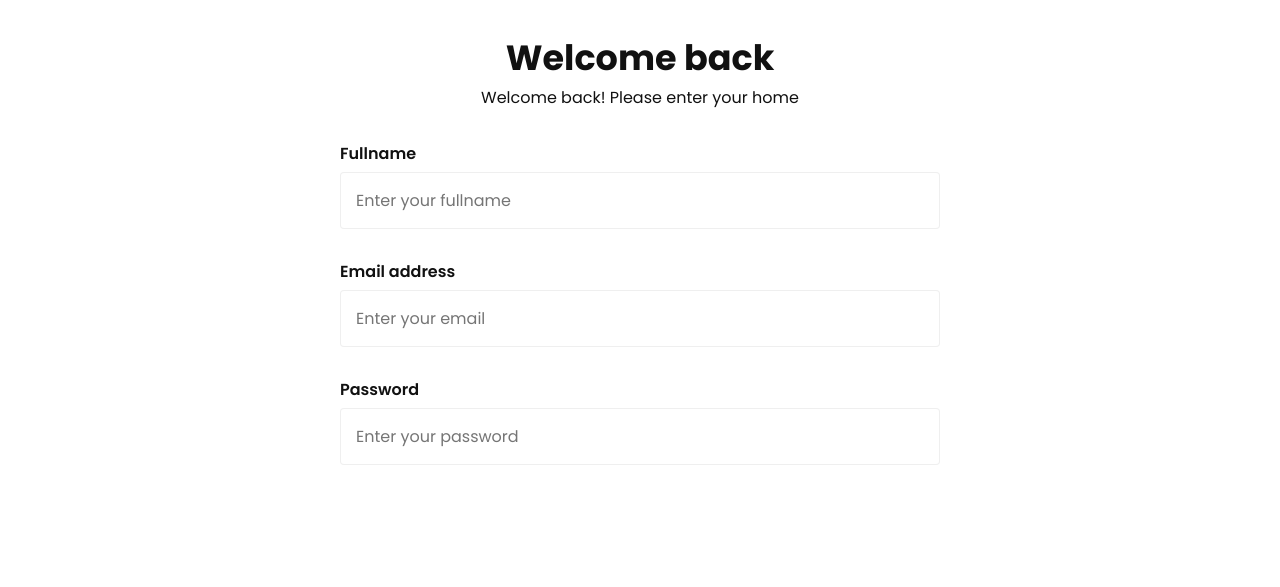
Repository: hoang0508/ReactJs-Fruits
Page: /sign-up
These files come from the project's save history. The page is drawn as it stood at one moment and after the next save; the edit follows.
The browser window is 1280 px wide. The pictures show the whole page.
The project was rebuilt for these pictures with package versions that can differ from the ones it lists, and the page was loaded fresh each time. Also part of the build but not shown: src/Pages/NotFoundPage.js, src/hooks/useHookAPI.js, src/hooks/useLocalStrorage.js, src/components/context/Auth-Context.js, src/components/Media/Social.scss, src/components/Media/Social.js, src/components/Footer/Footercoppy.js, src/components/Footer/Footer.js and 33 more.

Above is the page before, as saved 2022-05-12 10:11:42.

### src/Pages/SignUpPage.js
import { Field } from "components/Field";
import { Input } from "components/Input";
import { Label } from "components/label";
import React from "react";
import styled from "styled-components";

const SignUpPageStyles = styled.div`
  min-height: 100vh;
  padding: 40px 0;
  .signup-content {
    text-align: center;
    margin-bottom: 40px;
  }
  .signup-heading {
    font-size: 35px;
    margin-bottom: 15px;
  }
  .form {
    max-width: 600px;
    margin: 0 auto;
  }
`;

const SignUpPage = () => {
  return (
    <SignUpPageStyles>
      <div className="signup-content">
        <h3 className="signup-heading">Welcome back</h3>
        <span className="signup-desc">
          Welcome back! Please enter your home
        </span>
      </div>
      <form className="form">
        <Field>
          <Label htmlFor="name">Fullname</Label>
          <Input
            name="fullname"
            type="text"
            placeholder="Enter your fullname"
          />
        </Field>
        <Field>
          <Label htmlFor="email">Email address</Label>
          <Input name="email" type="text" placeholder="Enter your email" />
        </Field>
        <Field>
          <Label htmlFor="password">Password</Label>
          <Input
            name="password"
            type="text"
            placeholder="Enter your password"
          />
        </Field>
      </form>
    </SignUpPageStyles>
  );
};

export default SignUpPage;

### src/components/Footer/Footer.scss
@import "../../index.scss";
.footer {
  background-color: $bg-footer;
  padding: 80px 0;
  &-list {
    display: grid;
    grid-template-columns: repeat(4, 1fr);
    grid-gap: 0 40px;
  }
  &-logo {
    span {
      color: $primary-color;
      font-size: 45px;
      font-weight: 700;
      display: inline-block;
      margin-bottom: 20px;
    }
    &--desc {
      line-height: 1.6;
      color: $text-color--tx;
      margin-bottom: 20px;
    }
  }
  &-title {
    margin-bottom: 25px;
    color: $text-color--tx;
    font-size: 20px;
  }
  &-item--instagram {
    display: grid;
    grid-template-columns: repeat(3, 1fr);
    grid-gap: 6px;
  }
  &-images--ig {
    height: 65px;
    position: relative;
    overflow: hidden;
    &:hover .footer-images--icon {
      opacity: 1;
      visibility: visible;
      overflow: hidden;
    }
    &:hover img {
      transform: scale(1.1);
    }
    img {
      width: 100%;
      height: 100%;
      object-fit: cover;
      border-radius: 5px;
      transition: all 0.25s linear;
    }
  }
  &-images--icon {
    width: 100%;
    height: 100%;
    background-color: rgba(243, 85, 32, 0.527);
    color: #fff;
    border-radius: 5px;
    display: flex;
    align-items: center;
    justify-content: center;
    font-size: 20px;
    position: absolute;
    top: 50%;
    left: 50%;
    transform: translate(-50%, -50%);
    cursor: pointer;
    opacity: 0;
    visibility: hidden;
    transition: all 0.2s ease;
  }
  &-link {
    display: inline-block;
    padding-bottom: 20px;
    color: $text-color--tx;
  }
  &-info {
    &--item {
      display: flex;
      align-items: center;
      gap: 0 20px;
      margin-bottom: 30px;
    }
    &--icon {
      color: $primary-color;
      font-size: 25px;
    }
    &--name {
      margin-bottom: 10px;
      color: $text-color--tx;
    }
  }
  &-coppy {
    padding: 30px 0;
    background-color: #021a32;
    color: #fff;
    .container {
      display: flex;
      align-items: center;
      justify-content: space-between;
    }
    &--license {
      font-size: 14px;
      span {
        color: $primary-color;
        font-size: 16px;
      }
    }
    &--help {
      display: flex;
      align-items: center;
      gap: 0 20px;
    }
  }
}

### src/components/Topdown/Topdown.scss
@import "../../index.scss";
.down {
  background-color: $text-color--tx;
  color: #fff;
  width: 50px;
  height: 50px;
  border-radius: 100rem;
  display: flex;
  align-items: center;
  justify-content: center;
  position: fixed;
  z-index: 10;
  bottom: -100px;
  right: 20px;
  transition: all 0.5s linear;
  &.active-down {
    opacity: 1;
    visibility: visible;
    bottom: 20px;
  }
}

### src/Pages/Cartpage/Cartpage.scss
@import "../../index.scss";
.cart {
  &-banner {
    min-height: 400px;
    position: relative;
    z-index: 0;
  }
  &-main {
    padding: 40px 0;
  }
  &-table {
    border-collapse: collapse;
    width: 100%;
  }
  &-table td,
  &-table th {
    padding-top: 10px;
    padding-bottom: 20px;
  }
  &-table th {
    padding: 15px;
    text-align: center;
    background-color: $primary-color;
    color: white;
  }
  &-images {
    width: 150px;
    height: 150px;
    img {
      width: 100%;
      height: 100%;
      object-fit: cover;
    }
  }
  &-item {
    margin-bottom: 10px;
    border-bottom: 1px solid $border-color;
    text-align: center;
  }
  &-total {
    max-width: 150px;
    width: 100%;
    padding: 10px 12px;
    margin-top: 20px;
    margin-left: auto;
    display: flex;
    /* justify-content: flex-end; */
    justify-content: center;
    gap: 0 10px;
    background-color: #f35320;
    color: #fff;
  }
  &-count {
    display: flex;
    align-items: center;
    justify-content: center;
  }
  &-remove {
    display: inline-flex;
    align-items: center;
    justify-content: center;
  }
}

### src/components/Header/Header.scss
@import "../../index.scss";
.header {
  &-contact {
    border-bottom: 1px solid #eee;
    .container {
      display: flex;
      justify-content: space-between;
      align-items: center;
      padding: 20px 0;
    }
  }
  &-info {
    display: flex;
    align-items: center;
    gap: 0 25px;
    &--add {
      display: flex;
      align-items: center;
      gap: 0 10px;
    }
    &--gmail {
      display: flex;
      align-items: center;
      gap: 0 10px;
    }
    &--icon {
      color: $primary-color;
    }
  }
  &-social {
    display: flex;
    align-items: center;
    gap: 0 15px;
    span {
      border: 1px solid #f3f3f3;
      width: 35px;
      height: 35px;
      border-radius: 100rem;
      display: flex;
      align-items: center;
      justify-content: center;
      transition: all 0.25s linear;
      &:hover {
        background-color: $primary-color;
        color: #fff;
        transform: translateY(-5px);
        cursor: pointer;
      }
    }
  }
  &-nav {
    padding: 20px 0;
    .container {
      display: flex;
      justify-content: space-between;
      align-items: center;
    }
  }
  &-menu {
    display: flex;
    align-items: center;
    gap: 0 30px;
    &--list {
      display: flex;
      align-items: center;
      gap: 0 30px;
    }
    &--link {
      color: $text-color--tx;
      font-weight: 500;
    }
  }
  &-cart {
    position: relative;
    &--icon {
      color: $text-color--tx;
      font-size: 28px;
    }
    &--number {
      position: absolute;
      top: -20%;
      right: -25%;
      background-color: $primary-color;
      color: #fff;
      width: 15px;
      height: 15px;
      border-radius: 100rem;
      font-size: 14px;
      display: flex;
      align-items: center;
      justify-content: center;
    }
  }
}

.is-fixed {
  position: fixed;
  top: 0;
  left: 0;
  width: 100%;
  z-index: 10;
  background-color: #fff;
  box-shadow: 0 2px 28px 0 rgba(0, 0, 0, 0.09);
  animation: fadeInDown 0.5s linear forwards;
}

@keyframes fadeInDown {
  0% {
    opacity: 0;
    transform: translateY(-20px);
  }
  100% {
    opacity: 1;
    transform: translateY(0);
  }
}

### src/components/Count/Count.scss
@import "../../index.scss";
.count {
  width: 180px;
  display: flex;
  align-items: center;
  justify-content: center;
  background-color: $bgr-color;
  border-radius: 5px;
  padding: 10px;
  cursor: pointer;
  &-value {
    width: 100px;
    text-align: center;
    background: inherit;
    font-size: 18px;
  }
}

### src/components/Product/Productdetails.scss
@import "../../index.scss";
.productD {
  &--list {
    display: flex;
    justify-content: space-between;
    gap: 0 50px;
  }
  &--left {
    width: 50%;
  }
  &--right {
    width: 60%;
  }
  &--thumb {
    margin-top: 20px;
    display: flex;
    align-items: center;
    gap: 0 10px;
  }
  &--imgThumb {
    height: 80px;
    border: 1px solid $border-color;
    border-radius: 5px;
    padding: 5px;
    cursor: pointer;
    img {
      width: 100%;
      height: 100%;
      object-fit: cover;
    }
  }
  &--title {
    font-size: 25px;
    font-weight: 700;
    color: $text-color--tx;
    margin-bottom: 15px;
  }
  &--price {
    display: flex;
    align-items: center;
    gap: 0 5px;
    margin-bottom: 10px;
  }
  &--priceNew {
    color: $text-color--tx;
  }
  &--priceOld {
    text-decoration: line-through;
  }
  &--vote {
    display: flex;
    align-items: center;
    gap: 0 10px;
    margin-bottom: 20px;
  }
  &--star {
    display: flex;
    align-items: center;
    gap: 0 2px;
    color: $primary-color;
  }
  &--desc {
    color: $text-color--tx;
    line-height: 1.5;
    margin-bottom: 15px;
  }
  &--cart {
    display: flex;
    align-items: center;
    gap: 0 40px;
    margin-bottom: 30px;
  }
  &-btn {
    padding: 15px;
    background-color: $bgr-color;
    margin-top: 20px;
    width: 100%;
    cursor: pointer;
    transition: all 0.25s linear;
    border-radius: 5px;
    &:hover {
      background-color: $primary-color;
      color: #fff;
    }
  }
  &-social {
    margin-top: 25px;
    display: flex;
    align-items: center;
    gap: 0 15px;
  }
}

.active-image {
  border-color: $primary-color;
  border-width: 2px;
}

### src/Pages/Detailpage/Info.scss
@import "../../index.scss";
.info {
  padding: 20px 0 40px;
  &-tab {
    display: flex;
    align-items: center;
    gap: 0 15px;
    margin-bottom: 10px;
    cursor: pointer;
    &--title {
      border: 1px solid $border-color;
      padding: 15px 30px;
    }
  }
  &-content {
    max-width: 800px;
    padding: 20px;
    border: 1px solid $border-color;
    &--desc {
      display: none;
    }
    &--review {
      display: none;
    }
  }
  &__heading {
    display: inline-block;
    padding-right: 20px;
    font-size: 23px;
    font-weight: 700;
    color: $text-color--tx;
    margin-bottom: 20px;
    position: relative;
    &::before {
      content: "";
      position: absolute;
      width: 50px;
      height: 3px;
      background-color: $primary-color;
      left: 100%;
      top: 50%;
    }
  }
  &-customer {
    &__item {
      margin-bottom: 25px;
    }
    &__people {
      display: flex;
      align-items: center;
      gap: 0 20px;
      margin-bottom: 15px;
    }
    &__image {
      width: 50px;
      height: 50px;
      img {
        width: 100%;
        height: 100%;
        object-fit: cover;
        border-radius: 100rem;
      }
    }
    &__name {
      color: $text-color--tx;
      font-size: 18px;
    }
    &__date {
      color: $secondary-color;
      margin-bottom: 10px;
    }
    &__desc {
      color: $text-color--tx;
      line-height: 1.5;
      margin-bottom: 15px;
    }
    &__star {
      color: $secondary-color;
      display: flex;
      align-items: center;
    }
  }
}

.active-tabs {
  background-color: $primary-color;
  color: #fff;
  transition: all 0.25s linear;
}

.active-content {
  display: block;
}

.write {
  &-form {
    &--group {
      display: flex;
      align-items: center;
      gap: 0 30px;
      margin-bottom: 20px;
    }
    &--input,
    &--textarea {
      border: 1px solid $border-color;
      padding: 12px;
      border-radius: 5px;
      width: 100%;
      transition: all 0.25s ease;
      &:focus {
        border-color: $primary-color;
      }
    }
  }
}

### src/components/Banner/Banner.scss
@import "../../index.scss";
.banner {
  min-height: 100vh;
  padding: 0 0 40px;
  padding: 150px;
  &-heading {
    color: $primary-color;
    margin-bottom: 20px;
    font-size: 20px;
  }
  &-title {
    max-width: 600px;
    width: 100%;
    color: #fff;
    font-weight: 700;
    font-size: 70px;
    line-height: 1.2;
    margin-bottom: 25px;
  }
  &-desc {
    max-width: 700px;
    width: 100%;
    color: #fff;
    line-height: 1.6;
    margin-bottom: 30px;
  }
  &-btn {
    display: flex;
    align-items: center;
    gap: 0 25px;
  }
  &-fruits {
    padding: 60px 0;
    margin-bottom: 100px;
    position: relative;
    &--images {
      img {
        height: 100%;
        object-fit: cover;
        margin: 0 auto;
        text-align: center;
      }
    }
    &--shape {
      .shape1 {
        position: absolute;
        top: 20px;
        left: 20px;
        height: 300px;
        animation: shapeTop 3s linear infinite;
        img {
          width: 100%;
          height: 100%;
          object-fit: cover;
        }
      }
      .shape3 {
        position: absolute;
        top: 20px;
        right: 20px;
        height: 150px;
        animation: shapeTop 3s linear infinite;
        img {
          width: 100%;
          height: 100%;
          object-fit: cover;
        }
      }
      .shape2 {
        position: absolute;
        bottom: 20px;
        left: 20px;
        height: 100px;
        animation: shapeBottom 3s linear infinite;

        img {
          width: 100%;
          height: 100%;
          object-fit: cover;
        }
      }
      .shape4 {
        position: absolute;
        bottom: 20px;
        right: 20px;
        height: 100px;
        animation: shapeZoom 3s linear infinite;

        img {
          width: 100%;
          height: 100%;
          object-fit: cover;
        }
      }
    }
  }
}

@keyframes shapeTop {
  50% {
    transform: translateY(20px);
  }
  100% {
    transform: translateY(0px);
  }
}

@keyframes shapeBottom {
  50% {
    transform: translateX(20px);
  }
  100% {
    transform: translateX(0px);
  }
}

@keyframes shapeZoom {
  20% {
    transform: scale(0.5);
  }
  50% {
    transform: scale(1.1);
  }
  100% {
    transform: scale(1);
  }
}

### src/components/Banner/BannerCrops.scss
@import "../../index.scss";
.banner-crops {
  min-height: 100vh;
  padding-top: 100px;
  &--content {
    max-width: 800px;
    background-color: #fff;
    padding: 50px;
    margin-left: auto;
  }
  &--txt {
    color: $primary-color;
    margin-bottom: 20px;
    font-size: 20px;
    display: inline-block;
  }
  &--heading .page-center {
    text-align: left;
    max-width: 700px;
    margin-bottom: 20px;
  }
  &--heading .page-desc {
    text-align: left;
  }
}

### src/components/layout/Feedback/Feedback.scss
@import "../../../index.scss";
.banner-feedback {
  min-height: 100vh;
  position: relative;
  z-index: 1;
  &--heading {
    padding: 40px 0;
    .page-heading {
      color: #fff;
      font-weight: 600;
    }
    .page-desc {
      color: #fff;
    }
  }
  &--list {
    max-width: 800px;
    width: 100%;
    padding: 20px 10px;
    margin: 0 auto;
    background-color: $secondary-color;
    border-radius: 20px;
  }
  &--item {
    display: flex;
    justify-content: center;
    align-items: center;
    flex-direction: column;
    background-color: $secondary-color;
  }
  &--images {
    width: 150px;
    height: 150px;
    img {
      width: 100%;
      height: 100%;
      object-fit: cover;
      border-radius: 100rem;
    }
  }
  &--content {
    color: #fff;
    margin-top: 30px;
    text-align: center;
  }
  &--name {
    margin-bottom: 15px;
    font-size: 22px;
  }
  &--job {
    margin-bottom: 15px;
    font-size: 14px;
  }
  &--desc {
    font-style: italic;
    line-height: 1.6;
    font-size: 14px;
  }
}

### src/components/layout/LastesBlog/LastestBlog.scss
@import "../../../index.scss";
.LastestBlog {
  padding: 100px 0;
  &-list {
    display: grid;
    grid-template-columns: repeat(3, 1fr);
    grid-gap: 0 40px;
  }
  &-item {
    background-color: #fff;
    border-radius: 10px;
    overflow: hidden;
    box-shadow: rgba(100, 100, 111, 0.2) 0px 7px 29px 0px;
    display: flex;
    flex-direction: column;
    cursor: pointer;
    &:hover .LastestBlog-content::before {
      height: 100%;
    }
    &:hover .LastestBlog-title {
      color: #fff;
    }
    &:hover .LastestBlog-more {
      color: #fff;
    }
    &:hover .LastestBlog-date {
      background-color: $primary-color;
      color: #fff;
    }
    &:hover .LastestBlog-images img {
      transform: scale(1.2);
    }
  }
  &-images {
    height: 270px;
    position: relative;
    img {
      width: 100%;
      height: 100%;
      object-fit: cover;
      transition: all 0.3s linear;
    }
  }
  &-date {
    position: absolute;
    bottom: 0;
    padding: 12px 25px;
    border-radius: 0 5px 0 0;
    background-color: #ffffff;
  }
  &-content {
    padding: 20px 10px;
    position: relative;
    isolation: isolate;
    overflow: hidden;
    margin-top: auto;
    &::before {
      content: "";
      position: absolute;
      top: 0;
      left: 0;
      background-color: $primary-color;
      width: 100%;
      height: 0;
      z-index: -1;
      transition: all 0.3s linear;
    }
  }
  &-title {
    margin-bottom: 15px;
    line-height: 1.5;
    font-size: 20px;
    font-weight: 700;
    color: #111111;
    transition: all 0.3s linear;
  }
  &-more {
    color: $primary-color;
    transition: all 0.3s linear;
  }
}

### src/components/layout/Subscribe/Subscribe.scss
@import "../../../index.scss";
.subscribe {
  margin-bottom: 100px;
  background-color: #fafafa;
  &-container {
    min-height: 250px;
    display: flex;
    align-items: center;
    gap: 0 100px;
  }
  &-content {
    width: 60%;
    .page-center {
      max-width: 700px;
      text-align: left;
    }
    .page-desc {
      text-align: left;
    }
  }
  &-input {
    background: none;
  }
  &-email {
    width: 60%;
    padding: 5px 10px;
    display: flex;
    justify-content: space-between;
    background-color: #f3f3f3;
    border: 1px solid #f3f3f3;
    border-radius: 5px;
  }
}

### src/components/Product/Product.scss
@import "../../index.scss";

.product {
  margin-top: 80px;
  padding-bottom: 100px;
  &-heading {
    margin-bottom: 50px;
  }
  &-list {
    display: grid;
    grid-template-columns: repeat(4, 1fr);
    grid-gap: 40px;
  }
  &-list--swiper {
    display: grid;
  }
  &-item {
    position: relative;
    overflow: hidden;
    cursor: pointer;
    &:hover .product-select .product-select--icon {
      opacity: 1;
      visibility: visible;
      transition: all 0.3 linear;
      transform: translate(0);
    }
    &:hover .product-images img {
      transform: scale(1.1);
    }
    &:hover .product-seo {
      background-color: $primary-color;
      color: #fff;
      cursor: pointer;
    }
  }
  &-images {
    height: 250px;
    position: relative;
    overflow: hidden;
    margin-bottom: 25px;
    img {
      width: 100%;
      height: 100%;
      object-fit: cover;
      overflow: hidden;
      border-radius: 5px;
      transition: all 0.25s linear;
    }
  }
  &-seo {
    position: absolute;
    top: 10px;
    left: 10px;
    background-color: #fff;
    color: $text-color--tx;
    padding: 8px 15px;
    border-radius: 6px;
    transition: all 0.25s linear;
  }
  &-select {
    position: absolute;
    left: 0;
    right: 0;
    bottom: 20px;
    display: flex;
    align-items: center;
    justify-content: center;
    gap: 0 10px;
    &--icon {
      color: $primary-color;
      background-color: #fff;
      width: 45px;
      height: 45px;
      border-radius: 100rem;
      display: flex;
      align-items: center;
      justify-content: center;
      font-size: 20px;
      opacity: 0;
      visibility: hidden;
      transition: all 0.3s linear;
      transform: translateY(30px);
    }
  }
  &-info {
    text-align: center;
  }
  &-name {
    font-size: 22px;
    font-weight: 600;
    color: $text-color--tx;
    margin-bottom: 15px;
    transition: all 0.2s ease;
    &:hover {
      color: $primary-color;
    }
  }
  &-price {
    display: flex;
    align-items: center;
    justify-content: center;
    gap: 0 10px;
    margin-bottom: 15px;
    &--new {
      color: $primary-color;
      font-weight: 500;
    }
    &--old {
      text-decoration: line-through;
    }
  }
  &-star {
    display: flex;
    align-items: center;
    justify-content: center;
    gap: 0 5px;
    color: $primary-color;
  }
}

### src/components/Box/Checkbox.scss
@import "../../index.scss";

.checkbox_input {
  display: none;
}

.checkbox_input:checked + .checkbox_label::after {
  opacity: 1;
  visibility: visible;
}

.checkbox_label {
  position: relative;
  padding-left: 50px;
  cursor: pointer;
}

.checkbox_label::before {
  content: "";
  position: absolute;
  width: 30px;
  height: 30px;
  background-color: $primary-color;
  left: 0;
  top: 50%;
  transform: translateY(-50%);
  display: flex;
  justify-content: center;
  align-items: center;
  border-radius: 3px;
}

.checkbox_label::after {
  content: "";
  position: absolute;
  top: 3px;
  left: 6px;
  width: 20px;
  height: 10px;
  transform: rotate(-45deg);
  border-left: 3px solid white;
  border-bottom: 3px solid white;
  opacity: 0;
  visibility: hidden;
  transition: all 0.25s linear;
}

### src/components/Accordion/Accordion.scss
@import "../../index.scss";
.accordion {
  max-width: 500px;
  margin-bottom: 20px;
  &-header {
    display: flex;
    justify-content: space-between;
    align-items: center;
    color: #292e49;
    font-weight: 600;
    border: 1px solid $primary-color;
    border-radius: 5px;
    padding: 10px;
    cursor: pointer;
  }
  &-content {
    height: 0;
    overflow: hidden;
    transition: all 0.2s ease;
    &--active {
      margin-top: 15px;
      padding: 5px 10px;
      line-height: 1.5;
      font-size: 14px;
      border: 1px solid $primary-color;
      height: auto;
    }
  }
}

### src/components/Modal/ModalPd.scss
@import "../../index.scss";
.modalP {
  position: fixed;
  inset: 0;
  background-color: rgba(0, 0, 0, 0.5);
  z-index: 20;
  &-content {
    position: absolute;
    top: 50%;
    left: 50%;
    transform: translate(-50%, -50%);
    max-width: 850px;
    width: 100%;
    padding: 15px 20px;
    background-color: #fff;
    border-radius: 5px;
    position: relative;
    &--close {
      position: absolute;
      top: 10px;
      right: 10px;
      background-color: $primary-color;
      color: #fff;
      width: 30px;
      height: 30px;
      display: flex;
      justify-content: center;
      align-items: center;
      border-radius: 5px;
      cursor: pointer;
    }
  }
}

Loaded but not shown: public/index.html (common file); src/reportWebVitals.js (common file); src/components/Input/index.js (common file); src/components/label/index.js (common file); src/config/RoutersConfig.js (46 lines, source omitted); src/index.js (24 lines, source omitted); src/components/Input/Input.js (33 lines, source omitted); src/components/Field/Field.js (18 lines, source omitted); src/components/label/Label.js (17 lines, source omitted); src/App.js (12 lines, source omitted); src/utils/contains.js (6 lines, source omitted); src/components/Field/index.js (3 lines, source omitted); src/index.scss (250 lines, source omitted)

After the next save:
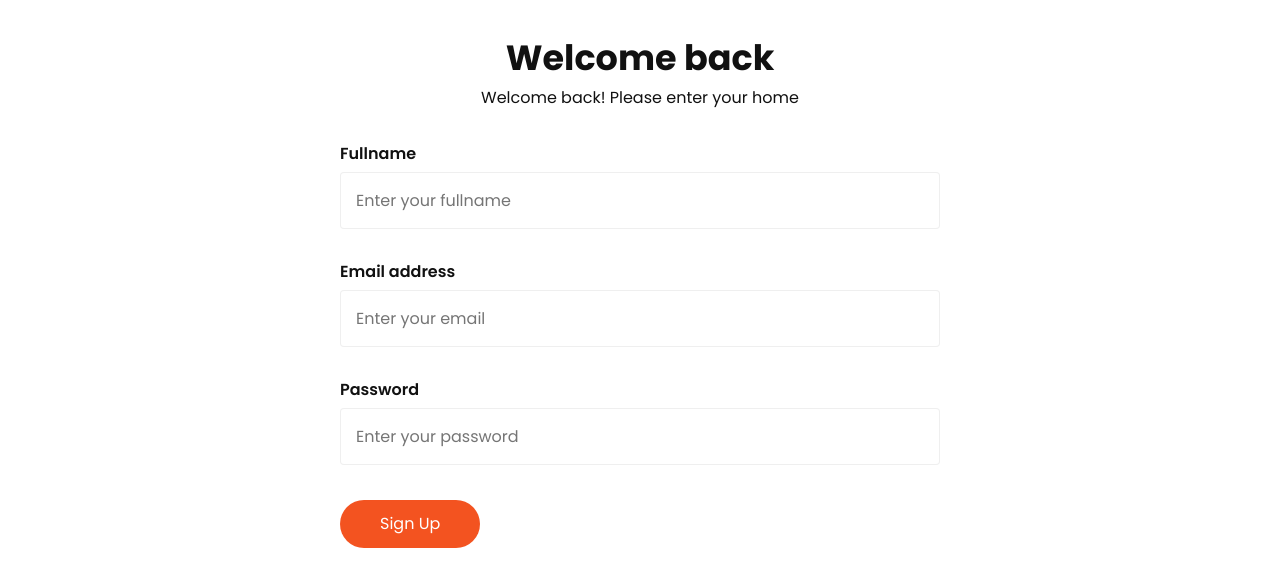
Saved 37 s later.
--- a/src/Pages/SignUpPage.js
+++ b/src/Pages/SignUpPage.js
@@ -51,6 +51,7 @@ const SignUpPage = () => {
             placeholder="Enter your password"
           />
         </Field>
+        <button className="button button--primary">Sign Up</button>
       </form>
     </SignUpPageStyles>
   );
